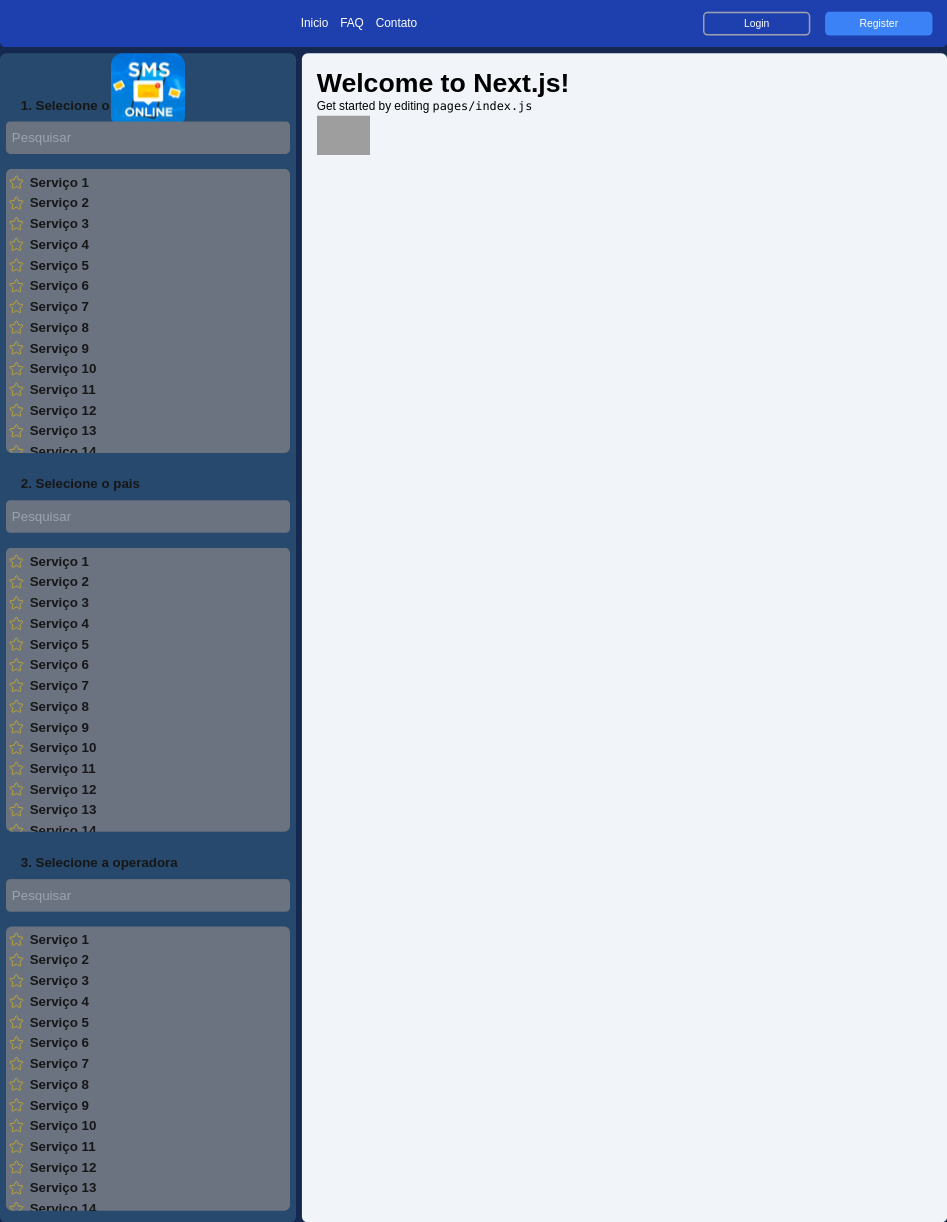
Repository: Felipe-Henrique-Dev/-DIOGO-SMS
Page: /
The author's editor kept a copy of each file at every save. The page is drawn from the files as they stood at one save, then again after the next save.
The browser window is 1280 px wide. The pictures show the whole page, at 74% of full size.
Pictures or frames that could not be fetched are drawn as grey boxes. The project was rebuilt for these pictures with package versions that can differ from the ones it lists, and the page was loaded fresh each time. The framework's server and built-in components were replaced by stand-ins that run in the browser. Also part of the build but not shown: next.config.ts.

Above is the page before, as saved 2024-12-16 22:20:29.

After the next save:
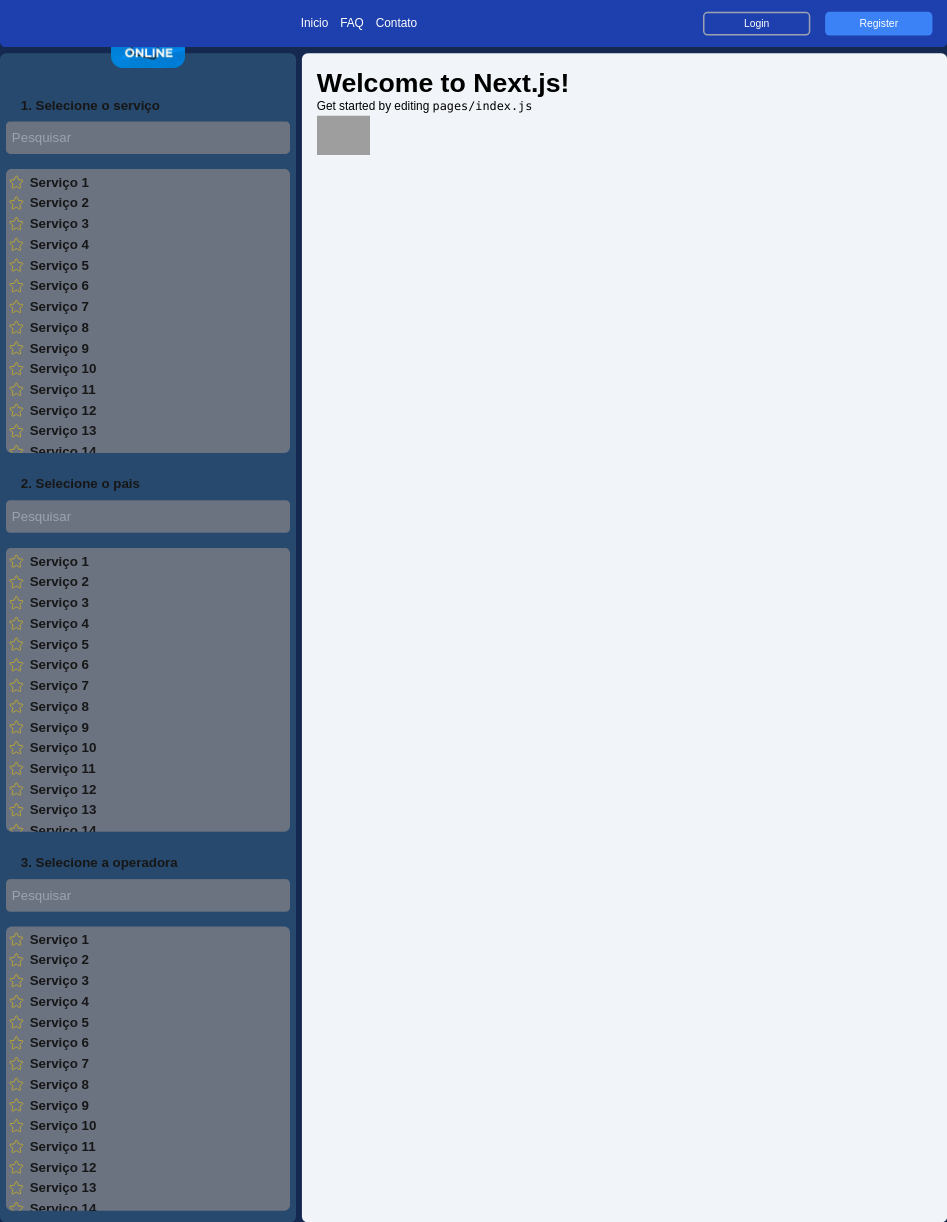
Saved 16 s later.
--- a/src/components/main/WebApp.tsx
+++ b/src/components/main/WebApp.tsx
@@ -10,7 +10,7 @@
 
   return (
     <aside className="min-w-[25rem] min-h-[90svh] bg-background_secondary text-pri sticky left-0 top-[4.5rem] z-50 rounded-lg flex flex-col p-2 gap-5  pt-14">
-      <Image src="/logo.webp" alt="Logo" width={100} height={100} className="rounded-2xl absolute top-0 transform -translate-x-1/2 left-1/2" />
+      <Image src="/logo.webp" alt="Logo" width={100} height={100} className="rounded-2xl absolute -top-20 transform -translate-x-1/2 left-1/2" />
       <Container subTitle="1. Selecione o serviço" list={list} select={selectService} setSelect={setSelectService} />
       <Container subTitle="2. Selecione o pais" list={list} select={selectCountry} setSelect={setSelectCountry} />
       <Container subTitle="3. Selecione a operadora" list={list} select={selectOperator} setSelect={setSelectOperator} />
